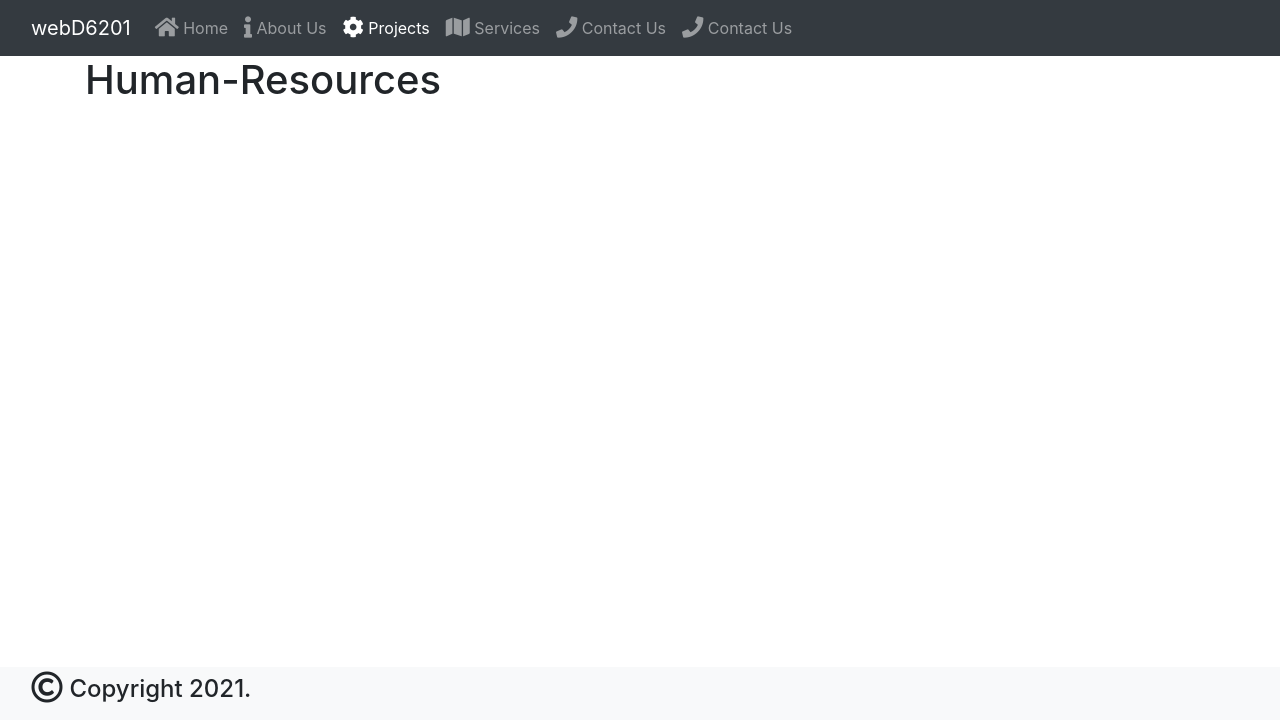
Repository: arbin6ix/ICE-2
Page: Human-Resources.html
These files come from the project's save history. The page is drawn as it stood at one moment and after the next save; the edit follows.
The browser window is 1280 px wide. The pictures show the whole page.

Above is the page before, as saved 2021-02-05 22:06:13.

After the next save:
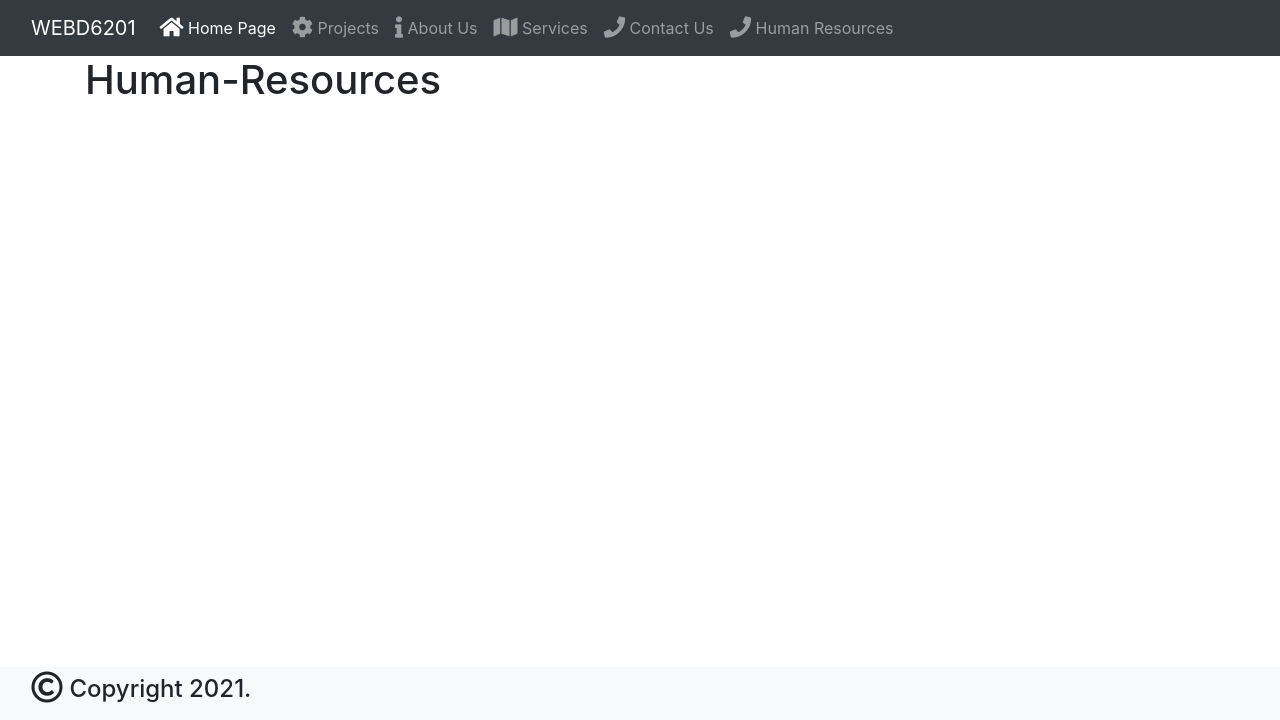
Saved 72 s later.
--- a/Human-Resources.html
+++ b/Human-Resources.html
@@ -13,41 +13,43 @@
     <!-- Main Header -->
     <header>
         <!-- Main Navigation -->
-        <nav class="navbar navbar-expand-lg navbar-dark bg-dark">
-            <div class="container-fluid">
-              <a class="navbar-brand" href="index.html">webD6201</a>
-              <button class="navbar-toggler" type="button" data-bs-toggle="collapse" data-bs-target="#navbarSupportedContent" aria-controls="navbarSupportedContent" aria-expanded="false" aria-label="Toggle navigation">
-                <span class="navbar-toggler-icon"></span>
-              </button>
-              <div class="collapse navbar-collapse" id="navbarSupportedContent">
-                <ul class="navbar-nav me-auto mb-2 mb-lg-0">
-                  <li class="nav-item">
-                    <a class="nav-link" aria-current="page" href="index.html"><i class="fas fa-home fa-lg"></i> Home</a>
-                  </li>
 
-                  <li class="nav-item">
-                    <a class="nav-link" aria-current="page" href="about.html"><i class="fas fa-info fa-lg"></i> About Us</a>
-                  </li>
+       <nav class="navbar navbar-expand-lg navbar-dark bg-dark">
+        <div class="container-fluid">
+          <a class="navbar-brand" href="index.html">WEBD6201</a>
+          <button class="navbar-toggler" type="button" data-bs-toggle="collapse" data-bs-target="#navbarSupportedContent" aria-controls="navbarSupportedContent" aria-expanded="false" aria-label="Toggle navigation">
+            <span class="navbar-toggler-icon"></span>
+          </button>
+          <div class="collapse navbar-collapse" id="navbarSupportedContent";>
+            <ul class="navbar-nav me-auto mb-2 mb-lg-0">
+              <li class="nav-item">
+                <a class="nav-link active" aria-current="page" href="index.html"><i class="fas fa-home fa-lg"></i> Home Page</a>
+              </li>
 
-                  <li class="nav-item">
-                    <a class="nav-link active" aria-current="page" href="projects.html"><i class="fas fa-cog fa-lg"></i> Projects</a>
-                  </li>
+              <li class="nav-item">
+                <a class="nav-link" aria-current="page" href="projects.html"><i class="fas fa-cog fa-lg"></i> Projects</a>
+              </li>
 
-                  <li class="nav-item">
-                    <a class="nav-link" aria-current="page" href="services.html"><i class="fas fa-map fa-lg"></i> Services</a>
-                  </li>
+              <li class="nav-item">
+                <a class="nav-link" aria-current="page" href="about.html"><i class="fas fa-info fa-lg"></i> About Us</a>
+              </li>
 
-                  <li class="nav-item">
-                    <a class="nav-link" aria-current="page" href="contact.html"><i class="fas fa-phone fa-lg"></i> Contact Us</a>
-                  </li>
-                  <li class="nav-item">
-                    <a class="nav-link" aria-current="page" href="human-resources.html"><i class="fas fa-phone fa-lg"></i> Contact Us</a>
-                  </li>
-                </ul>
-              </div>
-            </div>
-          </nav>
-    </header>
+              <li class="nav-item">
+                <a class="nav-link" aria-current="page" href="services.html"><i class="fas fa-map fa-lg"></i> Services</a>
+              </li>
+
+              <li class="nav-item">
+                <a class="nav-link" aria-current="page" href="contact.html"><i class="fas fa-phone fa-lg"></i> Contact Us</a>
+              </li>
+
+              <li class="nav-item">
+                <a class="nav-link" aria-current="page" href="human-resources.html"><i class="fas fa-phone fa-lg"></i> Human Resources</a>
+              </li>
+            </ul>
+          </div>
+        </div>
+      </nav>
+</header>
 
     <!-- Main Content -->
     <main class="container">
